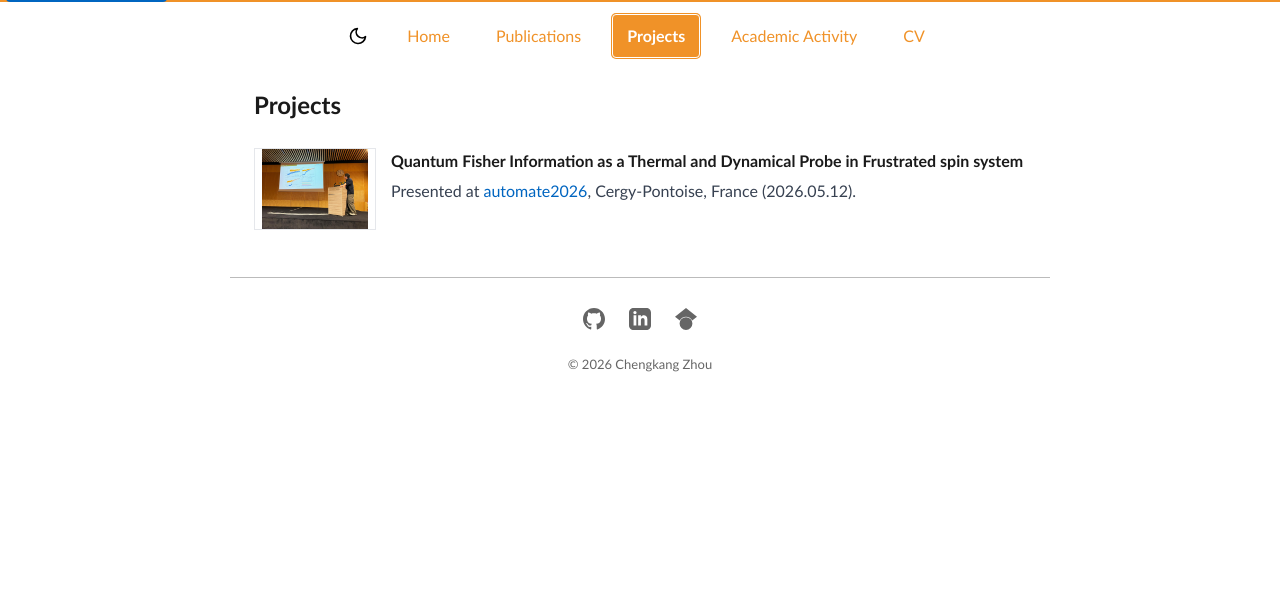
Repository: argyibug/zhouchk
Page: projects.html
An editor plug-in stored every save of this project. The page is shown before and after the next save, followed by the edit.
The browser window is 1280 px wide. The pictures show the whole page.

Above is the page before, as saved 2026-06-01 10:11:00.

After the next save:
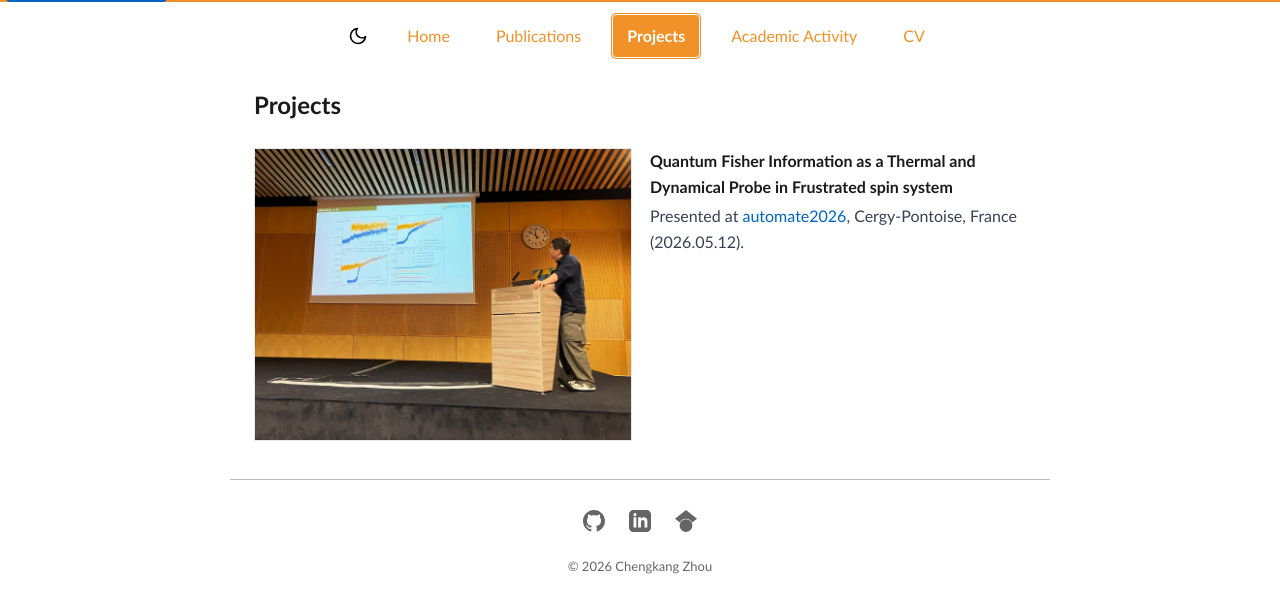
Saved 5 min 39 s later.
--- a/projects.html
+++ b/projects.html
@@ -36,21 +36,32 @@
       margin-bottom: 16px;
       padding: 0;
       display: flex;
-      align-items: flex-start;
-      gap: 15px;
+      align-items: stretch;
+      gap: 20px;
+    }
+
+    .project-media {
+      flex: 0 0 calc(50% - 10px);
+      max-width: calc(50% - 10px);
     }
 
     .project-demo-image {
-      width: 120px;
-      height: 80px;
-      object-fit: contain;
-      flex-shrink: 0;
+      width: 100%;
+      height: 100%;
+      min-height: 260px;
+      object-fit: cover;
       border: 1px solid #e5e7eb;
       background-color: var(--section-bg);
     }
 
     .project-content {
-      flex: 1;
+      flex: 0 0 calc(50% - 10px);
+      max-width: calc(50% - 10px);
+    }
+
+    .project-no-media .project-content {
+      flex: 1 1 100%;
+      max-width: 100%;
     }
 
     .project-title {
@@ -86,10 +97,18 @@
         gap: 10px;
       }
 
+      .project-media,
+      .project-content {
+        flex: 1 1 100%;
+        max-width: 100%;
+      }
+
       .project-demo-image {
         width: 100%;
         height: auto;
-        max-height: 220px;
+        min-height: 0;
+        max-height: 380px;
+        object-fit: contain;
       }
     }
   </style>
@@ -144,6 +163,7 @@
         // Project demo image
         if (project.demoPath) {
           const imgDiv = document.createElement('div');
+          imgDiv.className = 'project-media';
           const img = document.createElement('img');
           img.src = project.demoPath;
           img.alt = `${project.title} demo`;
@@ -166,6 +186,8 @@
           }
 
           li.appendChild(imgDiv);
+        } else {
+          li.classList.add('project-no-media');
         }
 
         // Project content container
